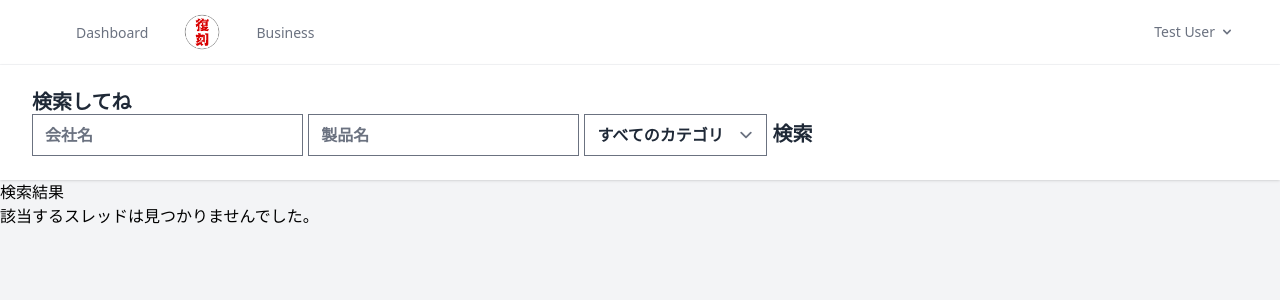
Repository: kyoko-shiraishi/Reproduce
Page: http://localhost/search
An editor plug-in stored every save of this project. The page is shown before and after the next save, followed by the edit.
The browser window is 1280 px wide. The pictures show the whole page.
Some web libraries are served in a nearby version. The page is served by the project's Laravel application, run on PHP 8.4 with Laravel 12. A made-up administrator, Test User (test@example.com), is signed in. Other server files are loaded and not shown. Style sheets and scripts are compiled from the project's sources, by tool versions that may differ from the author's. Queries for data that is not in the repository find no rows.

Above is the page before, as saved 2024-10-28 17:22:36.

### app/Providers/AppServiceProvider.php
<?php
namespace App\Providers;

use Illuminate\Support\ServiceProvider;
use Illuminate\Support\Facades\View;
use App\Models\Category; // Categoryモデルをインポート

class AppServiceProvider extends ServiceProvider
{
    public function boot()
    {
        // \URL::forceScheme('https');
        // すべてのビューにカテゴリを渡す
        View::composer('*', function ($view) {
            $categories = Category::all();
            $view->with('categories', $categories);
        });
    }

    public function register()
    {
        //
    }
}

### routes/web.php
<?php

use App\Http\Controllers\ProfileController;
use Illuminate\Support\Facades\Route;
use App\Http\Controllers\PleaseController;
use App\Http\Controllers\Auth\AuthenticatedSessionController;
use App\Http\Controllers\SearchController;
use App\Http\Controllers\PostController;
use App\Http\Controllers\NewController;
use App\Http\Controllers\LikeController;

// ララベルトップルート
Route::get('/', function () {
    return view('welcome');
});



// ログインページのルート
Route::get('/login', [AuthenticatedSessionController::class, 'create'])->name('login');

// ログイン処理のルート
Route::post('/login', [AuthenticatedSessionController::class, 'store']);

// 登録ページのルート
Route::get('/register', [RegisteredUserController::class, 'create'])->name('register');

// 登録処理のルート
Route::post('/register', [RegisteredUserController::class, 'store']);

// ダッシュボードのルート
Route::get('/dashboard', function () {
    return view('dashboard');
})->middleware(['auth', 'verified'])->name('dashboard');




// 認証が必要なルート
Route::middleware('auth')->group(function () {
// ホームページのルート
Route::get('/home',[PleaseController::class,'home'])->name('home');

Route::get('/business',[PleaseController::class,'business'])->name('business');
Route::get('/infomation',[PleaseController::class,'infomation'])->name('infomation');
Route::get('/logo',[PleaseController::class,'logo'])->name('logo');

Route::get('/search',[SearchController::class,'search'])->name('search.results');
Route::get('/post/{id}',[PostController::class,'post'])->name('post');
Route::get('/new_thread_create',[PleaseController::class,'new_thread_create'])->name('new_thread_create');

Route::post('/thread_store',[NewController::class,'category'])->name('category');

Route::post('/thread_store',[NewController::class,'thread_store'])->name('thread_store');
Route::get('/new_post_create/{id}', [NewController::class, 'new_post_create'])->name('new_post_create');

Route::post('/post_store/{threadId}', [NewController::class, 'post_store'])->name('post_store');
Route::get('/delete',[PleaseController::class,'delete_show'])->name('delete_show');
Route::post('/delete_selected',[PleaseController::class,'delete_selected'])->name('delete_selected');

Route::post('/thread/like', [LikeController::class, 'likeThread']);
Route::post('/post/like',[LikeController::class, 'LikePost']);


    Route::get('/profile', [ProfileController::class, 'edit'])->name('profile.edit');
    Route::patch('/profile', [ProfileController::class, 'update'])->name('profile.update');
    Route::delete('/profile', [ProfileController::class, 'destroy'])->name('profile.destroy');
});

require __DIR__.'/auth.php';

### app/Models/User.php
<?php

namespace App\Models;

// use Illuminate\Contracts\Auth\MustVerifyEmail;
use Illuminate\Database\Eloquent\Factories\HasFactory;
use Illuminate\Foundation\Auth\User as Authenticatable;
use Illuminate\Notifications\Notifiable;

class User extends Authenticatable
{
    use HasFactory, Notifiable;

    /**
     * The attributes that are mass assignable.
     *
     * @var array<int, string>
     */
    protected $fillable = [
        'name',
        'email',
        'password',
        'prefecture',
        'age',
        'gender',
    ];

    /**
     * The attributes that should be hidden for serialization.
     *
     * @var array<int, string>
     */
    protected $hidden = [
        'password',
        'remember_token',
    ];

    /**
     * Get the attributes that should be cast.
     *
     * @return array<string, string>
     */
    protected function casts(): array
    {
        return [
            'email_verified_at' => 'datetime',
            'password' => 'hashed',
        ];
    }
    public function prefecture(){
return $this->belongsTo(prefecture::class,'prefectures_id');
    }
    public function threads(){
        return $this->hasMany(Thread::class);
    }
    public function posts(){
        return $this->hasMany(Post::class);
    }
    public function thread_likes(){
        return $this->hasMany(ThreadLike::class);
    }
    public function post_likes(){
        return $this->hasMany(PostLike::class);
    }
}

### app/Http/Controllers/SearchController.php
<?php

namespace App\Http\Controllers;

use Illuminate\Http\Request;
use App\Models\Thread;
use App\Models\Company;
use App\Models\Product;
use App\Models\Category; // ここでCategoryモデルをインポート


class SearchController extends Controller
{
    public function search(Request $request)
    {
        // リクエストから検索条件を取得
        $companyName = $request->input('company_name');
        $productName = $request->input('product_name');



        // 検索クエリのベースを作成
        $query = Thread::with(['company', 'product.category']); // リレーションをロード

        // 会社名でフィルタリング
        if ($companyName) {
            $companies = Company::where('name', 'LIKE', '%' . $companyName . '%')->get();

            foreach($companies as $company){
            if ($company) {
                $query->where('company_id', $company->id);
            } else {
                $query->whereNull('company_id');
            }
        }
    }

        // 製品名でフィルタリング
        if ($productName) {
            $products = Product::where('name', 'LIKE', '%' . $productName . '%')->get();
            foreach($products as $product){
                if ($product) {
                    $query->where('product_id', $product->id);
                } else {
                    $query->whereNull('product_id');
                }
            }
            }


        // カテゴリでフィルタリング
        if ($request->filled('category_id')) {
            $query->whereHas('product', function ($q) use ($request) {
                $q->where('category_id', $request->category_id);
            });
        }

        // 検索結果を取得
        $threads = $query->get();

        // ビューに結果を渡して表示
        return view('search.results', compact('threads'));
    }

}

### app/Models/Thread.php
<?php

namespace App\Models;

use Illuminate\Database\Eloquent\Factories\HasFactory;
use Illuminate\Database\Eloquent\Model;

class Thread extends Model
{
    use HasFactory;
    protected $fillable=['content','product_id', 'company_id','user_id','image',];
    public function company(){
        return $this->belongsTo(Company::class);
    }
    public function product(){
        return $this->belongsTo(Product::class);
    }
    public function user(){
        return $this->belongsTo(User::class);
    }
    public function posts(){
        return $this->hasMany(Post::class);
    }
    public function thread_likes(){
        return $this->hasMany(ThreadLike::class);
    }
    public function isLikedByAuthUser() :bool
    {
        //認証済ユーザーid（自身のid）を取得
        $authUserId = \Auth::id();
        //空の配列を定義。後続の処理で、いいねしたユーザーのidを全て格納していくときに使う。
        $likersArr = array();

        //$thisは言葉の似た通り、クラス自身を指す。具体的にはこのPostクラスをインスタンス化した際の変数のことを指す。（後続のビューで登場する$postになります）
        foreach($this->thread_likes as $threadLike){
            //array_pushメソッドで第一引数に配列、第二引数に配列に格納するデータを定義し、配列を作成できる。
            //今回は$likersArrという空の配列にいいねをした全てのユーザーのidを格納している。
            array_push($likersArr,$threadLike->user_id);

        }
        //in_arrayメソッドを利用し、認証済ユーザーid（自身のid）が上記で作成した配列の中に存在するかどうか判定している
        if (in_array($authUserId,$likersArr)){
            //存在したらいいねをしていることになるため、trueを返す
            return true;
        }else{
            return false;
        }
    }

}

### app/Models/Category.php
<?php

namespace App\Models;

use Illuminate\Database\Eloquent\Factories\HasFactory;
use Illuminate\Database\Eloquent\Model;

class Category extends Model
{
    use HasFactory;

    // 保存するデータ
    protected $fillable = ['name'];


    /**
     * 製品とのリレーション
     */
    public function products()
    {
        return $this->hasMany(Product::class, 'category_id');
        // 'category_id' は、Product テーブル内の外部キーのカラム名です。このカラムは、どの Category に属しているかを示します
    }
}

### resources/views/search/results.blade.php
<x-app-layout>
@vite(['resources/css/app.css', 'resources/js/app.js'])
    <x-slot name="header">
        <h2 class="font-semibold text-xl text-gray-800 leading-tight">
            <!-- ヘッダーに検索バー -->
            <p>検索してね</p>
            <form action="{{ route('search.results') }}" method="GET"> <!-- アクションを指定 -->
    <input type="text" id="company_name" name="company_name" placeholder="会社名">
    <input type="text" name="product_name" placeholder="製品名">
    <input type="hidden" id="Kanacompany_name" name="Kanacompany_name">
    <select name="category_id">
        <option value="">すべてのカテゴリ</option>
        @foreach ($categories as $category)
            <option value="{{ $category->id }}">{{ $category->name }}</option>
        @endforeach
    </select>
    <input type="submit" value="検索">
</form>


        </h2>
    </x-slot>
    <html lang="en">
        <head>
            <meta charset="UTF-8">
            <meta name="viewport" content="width=device-width, initial-scale=1.0">
            <title>検索結果</title>
        </head>
        <body>
    <h1>検索結果</h1>

    @if($threads->isEmpty())
        <p>該当するスレッドは見つかりませんでした。</p>
    @else
        <div class="grid grid-cols-1 gap-4">
            @foreach($threads as $thread)
            <a href="{{ route('post', ['id' => $thread->id]) }}">
                <div class="thread border-4 border-blue-400 rounded-lg p-4 shadow-md flex flex-col items-start">

                    <p>会社名: {{ $thread->company->name ?? '不明' }}</p>
                    <p>製品名: {{ $thread->product->name ?? '不明' }}</p>
                    <p>カテゴリ: {{ $thread->product->category->name ?? '不明' }}</p>
                    <p>{{ $thread->content }}</p>
                    <p>投稿：{{ $thread->created_at ? $thread->created_at->format('Y年m月d日 H:i:s') : '不明' }}</p>
                    <p>いいね数: {{ $thread->thread_likes->count() }}</p>

                    <div>
                <img src="{{ $thread->image }}" >
                </div>

                </div>
            </a>
            @endforeach
        </div>
    @endif

</body>

    </html>
</x-app-layout>





<script>
        document.getElementById('company_name').addEventListener('input', function() {
            const companyName = this.value;
            const KanaCompanyName = wanakana.toKatakana(companyName);
            document.getElementById('Kanacompany_name').value = KanaCompanyName; // 隠しフィールドに設定
            console.log(KanaCompanyName); // デバッグ用

        });
    </script>

### resources/views/layouts/app.blade.php
<!DOCTYPE html>
<html lang="{{ str_replace('_', '-', app()->getLocale()) }}">
    <head>
        <meta charset="utf-8">
        <meta name="viewport" content="width=device-width, initial-scale=1">
        <meta name="csrf-token" content="{{ csrf_token() }}">
        @vite(['resources/css/app.css', 'resources/js/app.js'])


        <title>{{ config('app.name', 'Laravel') }}</title>

        <!-- Fonts -->

        <!-- Scripts -->
        <script src="https://kit.fontawesome.com/e7550042f0.js" crossorigin="anonymous"></script>

        <style>
        .threadList{
        text-align:center;
        }
        .each {

            width: 100%; /* 幅を100%に設定 */
            margin: 0; /* 左右のマージンを0に設定 */
            padding: 0; /* パディングを0に設定 */
        }

        .each {
            display:flex;
            flex-wrap:wrap;/* 折り返し */
            list-style-type: none; /* リストスタイルを消去 */
            width:100%;
            margin:0px;
        }

        a{
            width:100%;
        }


       .like-btn{
        z-index:10;

       }


        .each li {
            /* border: 1px solid #ccc; 各スレッドにボーダーを追加 */
            padding: 0px; /* 内側のパディングを設定 */
            margin-bottom: 10px; /* 各リスト項目の下にマージンを追加 */
            width: 1250x;
            margin:0 auto 50px;
        }
        @media screen and (min-width:380px){
            .border-4.border-blue-400.rounded-lg.p-4.shadow-md.flex.items-start{
                width:46%;
                margin:20px 2%;
            }
        }
        @media screen and (max-width:379.9px){
            .border-4.border-blue-400.rounded-lg.p-4.shadow-md.flex.items-start{
               margin:10px 0;
            }
        }
        .liked{
            color:orangered;
            transition:.2s;
        }
        .flexbox{
            align-items: center;
            display: flex;
        }
        .count-num{
            font-size: 20px;
            margin-left: 10px;
        }
        .fa-heart{
            font-size: 30px;
        }
        .responsive-img {
            /* max-width: 100%; 画像の最大幅を親要素に合わせる */
            /* width: 500px; 画像の幅を固定 */
            /* height: 200px; 画像の高さを固定 */
            /* object-fit: cover; 縦横比を維持しつつ、指定したサイズに収まるように調整 */
            /* border-radius: 8px; 角を少し丸くしたい場合 */
            width:100%;

        }
        .content{
            margin-bottom:50px;
        }
        .yoko{
            display:flex;
            justify-content:space-evenly;
        }
        .yoko p {
            margin-right: 10px; /* 右側の間隔を設定 */
        }
        .yoko h3{
            margin-right: 10px;
        }
        .top-thread-1 {

            background: linear-gradient(45deg, #c0b283 0%, #c0b283 45%, #FEE9A0 70%, #c0b283 85%, #c0b283 90% 100%);
  background-size: 800% 400%;
  animation: gradient 5s infinite cubic-bezier(.62, .28, .23, .99) both;
        }
        @keyframes gradient {
  0% {
    background-position: 0% 50%;
  }

  50% {
    background-position: 100% 50%;
  }

  100% {
    background-position: 0% 50%;
  }
}
        .top-thread-2 {
            background: linear-gradient(45deg, #757575 0%, #9E9E9E 45%, #E8E8E8 70%, #9E9E9E 85%, #757575 90% 100%);
  background-size: 800% 400%;
  animation: gradient 5s infinite cubic-bezier(.62, .28, .23, .99) both;
        }
        @keyframes gradient {
  0% {
    background-position: 0% 50%;
  }

  50% {
    background-position: 100% 50%;
  }

  100% {
    background-position: 0% 50%;
  }
}

        .top-thread-3 {
            background: linear-gradient(45deg, #a57e65 0%, #a57e65 45%, #f3cfb8 70%, #a57e65 85%, #a57e65 90% 100%);
  background-size: 800% 400%;
  animation: gradient 5s infinite cubic-bezier(.62, .28, .23, .99) both;
        }
        @keyframes gradient {
  0% {
    background-position: 0% 50%;
  }

  50% {
    background-position: 100% 50%;
  }

  100% {
    background-position: 0% 50%;
  }
}

        .comment_list{
            margin:20px;
        }
        .font-bold{
            margin-bottom:20px;
        }
        .button{
            margin:20px;
        }

    </style>

    </head>
    <body class="font-sans antialiased">
        <div class="min-h-screen bg-gray-100">
            @include('layouts.navigation')

            <!-- Page Heading -->
            @isset($header)
                <header class="bg-white shadow">
                    <div class="max-w-7xl mx-auto py-6 px-4 sm:px-6 lg:px-8">
                        {{ $header }}
                    </div>
                </header>
            @endisset

            <!-- Page Content -->
            <main>
                {{ $slot }}
            </main>
        </div>
    </body>
</html>

### resources/views/layouts/navigation.blade.php
<nav x-data="{ open: false }" class="bg-white border-b border-gray-100">
    <!-- Primary Navigation Menu -->
    <div class="max-w-7xl mx-auto px-4 sm:px-6 lg:px-8">
        <div class="flex justify-between h-16">
        <div class="flex">
                <!-- Navigation Links -->
                <div class="hidden space-x-8 sm:-my-px sm:ms-10 sm:flex">
                    <x-nav-link :href="route('dashboard')" :active="request()->routeIs('dashboard')">
                        {{ __('Dashboard') }}
                    </x-nav-link>
                     <!-- Logo -->
                <div class="shrink-0 flex items-center">
                    <a href="{{ route('home') }}">
                        <img src="{{ asset('images/logo2.png') }}" class="block h-9 w-auto" alt="Logo">
                    </a>
                </div>
                    <x-nav-link :href="route('business')" :active="request()->routeIs('index')">
                        {{ __('Business') }}
                    </x-nav-link>
                </div>


            </div>


            <!-- Settings Dropdown -->
            <div class="hidden sm:flex sm:items-center sm:ms-6">
                <x-dropdown align="right" width="48">
                    <x-slot name="trigger">
                        <button class="inline-flex items-center px-3 py-2 border border-transparent text-sm leading-4 font-medium rounded-md text-gray-500 bg-white hover:text-gray-700 focus:outline-none transition ease-in-out duration-150">
                        @auth
                            <div>{{ Auth::user()->name }}</div>
                        @endauth

                            <div class="ms-1">
                                <svg class="fill-current h-4 w-4" xmlns="http://www.w3.org/2000/svg" viewBox="0 0 20 20">
                                    <path fill-rule="evenodd" d="M5.293 7.293a1 1 0 011.414 0L10 10.586l3.293-3.293a1 1 0 111.414 1.414l-4 4a1 1 0 01-1.414 0l-4-4a1 1 0 010-1.414z" clip-rule="evenodd" />
                                </svg>
                            </div>
                        </button>
                    </x-slot>

                    <x-slot name="content">
                        <x-dropdown-link :href="route('profile.edit')">
                            {{ __('Profile') }}
                        </x-dropdown-link>

                        <x-dropdown-link :href="route('delete_show')">
                            {{ __('delete') }}
                        </x-dropdown-link>

                        <!-- Authentication -->
                        <form method="POST" action="{{ route('logout') }}">
                            @csrf

                            <x-dropdown-link :href="route('logout')"
                                    onclick="event.preventDefault();
                                                this.closest('form').submit();">
                                {{ __('Log Out') }}
                            </x-dropdown-link>
                        </form>
                    </x-slot>
                </x-dropdown>
            </div>

            <!-- Hamburger -->
            <div class="-me-2 flex items-center sm:hidden">
                <button @click="open = ! open" class="inline-flex items-center justify-center p-2 rounded-md text-gray-400 hover:text-gray-500 hover:bg-gray-100 focus:outline-none focus:bg-gray-100 focus:text-gray-500 transition duration-150 ease-in-out">
                    <svg class="h-6 w-6" stroke="currentColor" fill="none" viewBox="0 0 24 24">
                        <path :class="{'hidden': open, 'inline-flex': ! open }" class="inline-flex" stroke-linecap="round" stroke-linejoin="round" stroke-width="2" d="M4 6h16M4 12h16M4 18h16" />
                        <path :class="{'hidden': ! open, 'inline-flex': open }" class="hidden" stroke-linecap="round" stroke-linejoin="round" stroke-width="2" d="M6 18L18 6M6 6l12 12" />
                    </svg>
                </button>
            </div>
        </div>
    </div>

    <!-- Responsive Navigation Menu -->
    <div :class="{'block': open, 'hidden': ! open}" class="hidden sm:hidden">
        <div class="pt-2 pb-3 space-y-1">
            <x-responsive-nav-link :href="route('dashboard')" :active="request()->routeIs('dashboard')">
                {{ __('Dashboard') }}
            </x-responsive-nav-link>
        </div>

        <!-- Responsive Settings Options -->
        <div class="pt-4 pb-1 border-t border-gray-200">
            <div class="px-4">
                <div class="font-medium text-base text-gray-800">{{ Auth::user()->name }}</div>
                <div class="font-medium text-sm text-gray-500">{{ Auth::user()->email }}</div>
            </div>

            <div class="mt-3 space-y-1">
                <x-responsive-nav-link :href="route('profile.edit')">
                    {{ __('Profile') }}
                </x-responsive-nav-link>

                <!-- Authentication -->
                <form method="POST" action="{{ route('logout') }}">
                    @csrf

                    <x-responsive-nav-link :href="route('logout')"
                            onclick="event.preventDefault();
                                        this.closest('form').submit();">
                        {{ __('Log Out') }}
                    </x-responsive-nav-link>
                </form>
            </div>
        </div>
    </div>
</nav>

Loaded but not shown: routes/auth.php (common file); app/Http/Controllers/Auth/EmailVerificationPromptController.php (common file); app/Http/Controllers/Controller.php (common file); app/Http/Controllers/Auth/VerifyEmailController.php (common file); app/View/Components/AppLayout.php (common file); resources/views/components/nav-link.blade.php (common file); resources/views/components/dropdown-link.blade.php (common file); resources/views/components/dropdown.blade.php (common file); resources/views/components/responsive-nav-link.blade.php (common file); resources/css/app.css (common file); tailwind.config.js (common file)

After the next save:
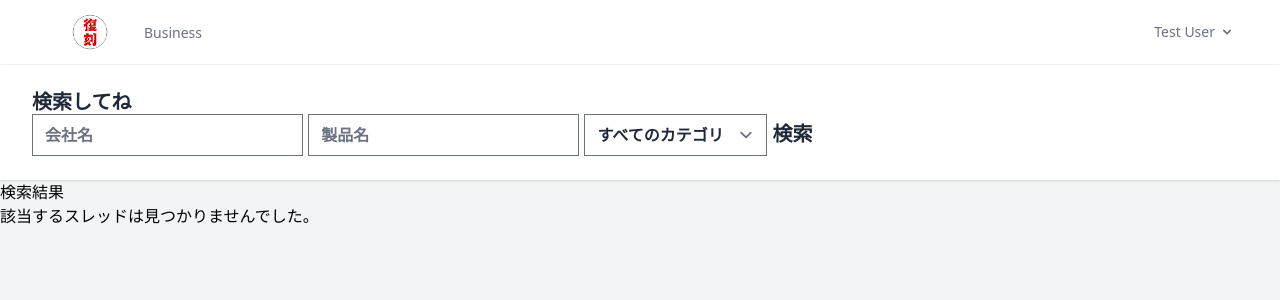
Saved 2 min 45 s later.
--- a/resources/views/layouts/navigation.blade.php
+++ b/resources/views/layouts/navigation.blade.php
@@ -5,9 +5,9 @@
         <div class="flex">
                 <!-- Navigation Links -->
                 <div class="hidden space-x-8 sm:-my-px sm:ms-10 sm:flex">
-                    <x-nav-link :href="route('dashboard')" :active="request()->routeIs('dashboard')">
+                    <!-- <x-nav-link :href="route('dashboard')" :active="request()->routeIs('dashboard')">
                         {{ __('Dashboard') }}
-                    </x-nav-link>
+                    </x-nav-link> -->
                      <!-- Logo -->
                 <div class="shrink-0 flex items-center">
                     <a href="{{ route('home') }}">
